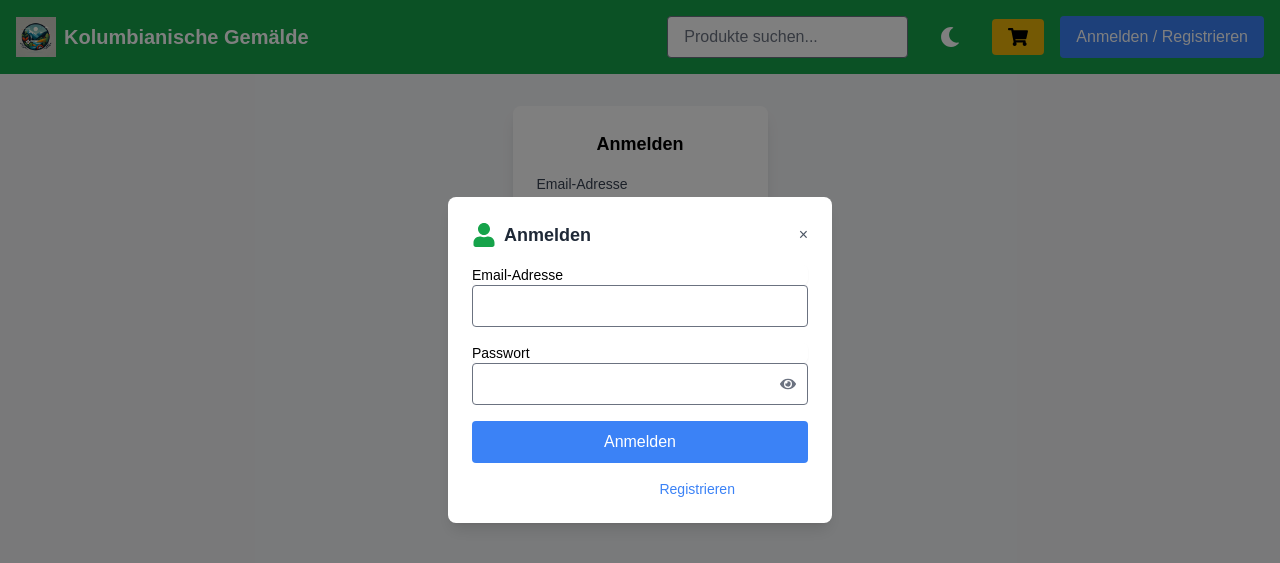
Repository: alixchaparrov/bilder-shop
Page: /, after clicking the first element matching `button.bg-blue-500`
An editor plug-in stored every save of this project. The page is shown before and after the next save, followed by the edit.
The browser window is 1280 px wide. The pictures show the whole page.
The page's requests for data from a server got no answer. The project was rebuilt for these pictures with package versions that can differ from the ones it lists, and the page was loaded fresh each time. The framework's server and built-in components were replaced by stand-ins that run in the browser. No one was signed in, and anything a server would have sent is missing. Also part of the build but not shown: next.config.ts, src/store/cartStore.ts, src/app/components/ProductCard.tsx.

Above is the page before, as saved 2025-01-06 14:38:52.

After the next save:
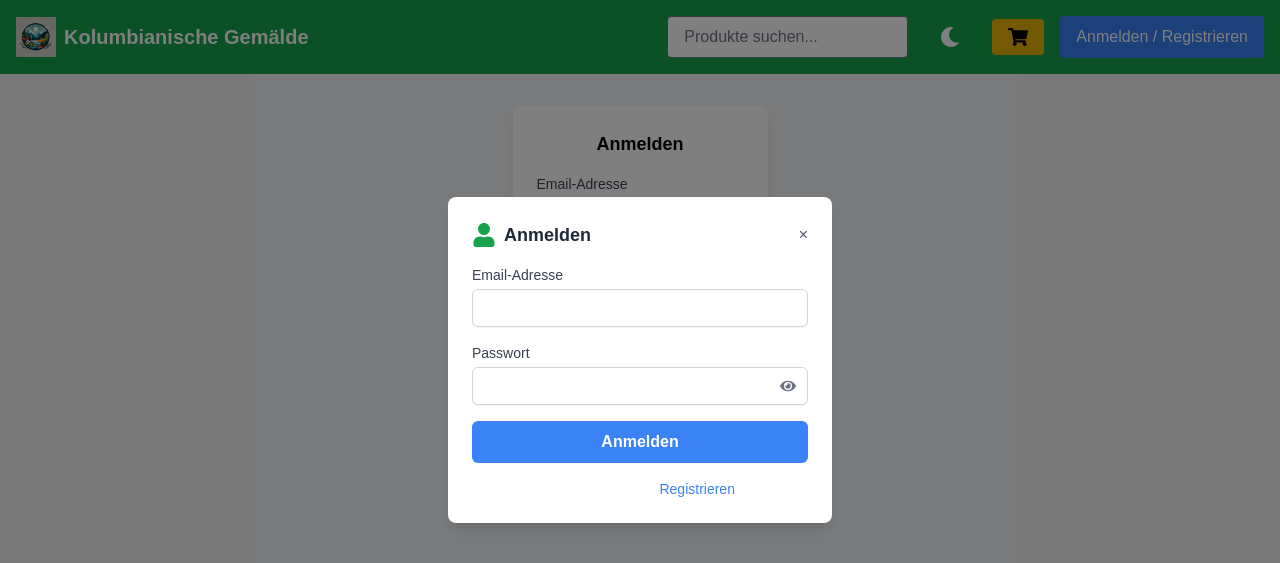
Saved 3 min 26 s later.
--- a/src/app/components/AuthModalContent.tsx
+++ b/src/app/components/AuthModalContent.tsx
@@ -43,6 +43,7 @@ export default function AuthModal({ onClose }: { onClose: () => void }) {
         className="bg-white rounded-lg shadow-lg p-6 w-full max-w-sm"
         onClick={(e) => e.stopPropagation()}
       >
+        {/* Header */}
         <div className="flex items-center justify-between mb-4">
           <div className="flex items-center space-x-2">
             <FaUser size={24} className="text-green-600" />
@@ -58,11 +59,15 @@ export default function AuthModal({ onClose }: { onClose: () => void }) {
           </button>
         </div>
 
+        {/* Form */}
         <form onSubmit={handleSubmit} className="space-y-4">
           {error && <p className="text-red-500 text-sm">{error}</p>}
           {isRegistering && (
             <div>
-              <label htmlFor="name" className="mt-1 block w-full rounded-md border-gray-300 shadow-sm focus:ring-blue-500 focus:border-blue-500 sm:text-sm text-black">
+              <label
+                htmlFor="name"
+                className="block text-sm font-medium text-gray-700"
+              >
                 Benutzername
               </label>
               <input
@@ -70,12 +75,16 @@ export default function AuthModal({ onClose }: { onClose: () => void }) {
                 type="text"
                 value={name}
                 onChange={(e) => setName(e.target.value)}
-                className="w-full p-2 border rounded"
+                className="mt-1 block w-full rounded-md border-gray-300 shadow-sm focus:ring-blue-500 focus:border-blue-500 sm:text-sm text-black"
+                required
               />
             </div>
           )}
           <div>
-            <label htmlFor="email" className="mt-1 block w-full rounded-md border-gray-300 shadow-sm focus:ring-blue-500 focus:border-blue-500 sm:text-sm text-black">
+            <label
+              htmlFor="email"
+              className="block text-sm font-medium text-gray-700"
+            >
               Email-Adresse
             </label>
             <input
@@ -83,11 +92,15 @@ export default function AuthModal({ onClose }: { onClose: () => void }) {
               type="email"
               value={email}
               onChange={(e) => setEmail(e.target.value)}
-              className="w-full p-2 border rounded"
+              className="mt-1 block w-full rounded-md border-gray-300 shadow-sm focus:ring-blue-500 focus:border-blue-500 sm:text-sm text-black"
+              required
             />
           </div>
           <div>
-            <label htmlFor="password" className="mt-1 block w-full rounded-md border-gray-300 shadow-sm focus:ring-blue-500 focus:border-blue-500 sm:text-sm text-black">
+            <label
+              htmlFor="password"
+              className="block text-sm font-medium text-gray-700"
+            >
               Passwort
             </label>
             <div className="relative">
@@ -96,12 +109,13 @@ export default function AuthModal({ onClose }: { onClose: () => void }) {
                 type={showPassword ? "text" : "password"}
                 value={password}
                 onChange={(e) => setPassword(e.target.value)}
-                className="w-full p-2 border rounded"
+                className="mt-1 block w-full rounded-md border-gray-300 shadow-sm focus:ring-blue-500 focus:border-blue-500 sm:text-sm text-black"
+                required
               />
               <button
                 type="button"
                 onClick={() => setShowPassword(!showPassword)}
-                className="absolute inset-y-0 right-0 px-3 text-gray-500"
+                className="absolute inset-y-0 right-0 flex items-center px-3 text-gray-500 focus:outline-none"
               >
                 {showPassword ? <FaEyeSlash /> : <FaEye />}
               </button>
@@ -110,7 +124,7 @@ export default function AuthModal({ onClose }: { onClose: () => void }) {
           <button
             type="submit"
             disabled={loading}
-            className="w-full bg-blue-500 text-white p-2 rounded"
+            className="w-full bg-blue-500 hover:bg-blue-600 text-white font-semibold py-2 rounded-md focus:outline-none"
           >
             {loading
               ? "Bitte warten..."
@@ -120,6 +134,7 @@ export default function AuthModal({ onClose }: { onClose: () => void }) {
           </button>
         </form>
 
+        {/* Footer */}
         <div className="mt-4 text-sm text-center">
           {isRegistering ? (
             <p>
@@ -127,7 +142,7 @@ export default function AuthModal({ onClose }: { onClose: () => void }) {
               <button
                 type="button"
                 onClick={() => setIsRegistering(false)}
-                className="text-blue-500"
+                className="text-blue-500 hover:underline focus:outline-none"
               >
                 Anmelden
               </button>
@@ -138,7 +153,7 @@ export default function AuthModal({ onClose }: { onClose: () => void }) {
               <button
                 type="button"
                 onClick={() => setIsRegistering(true)}
-                className="text-blue-500"
+                className="text-blue-500 hover:underline focus:outline-none"
               >
                 Registrieren
               </button>
